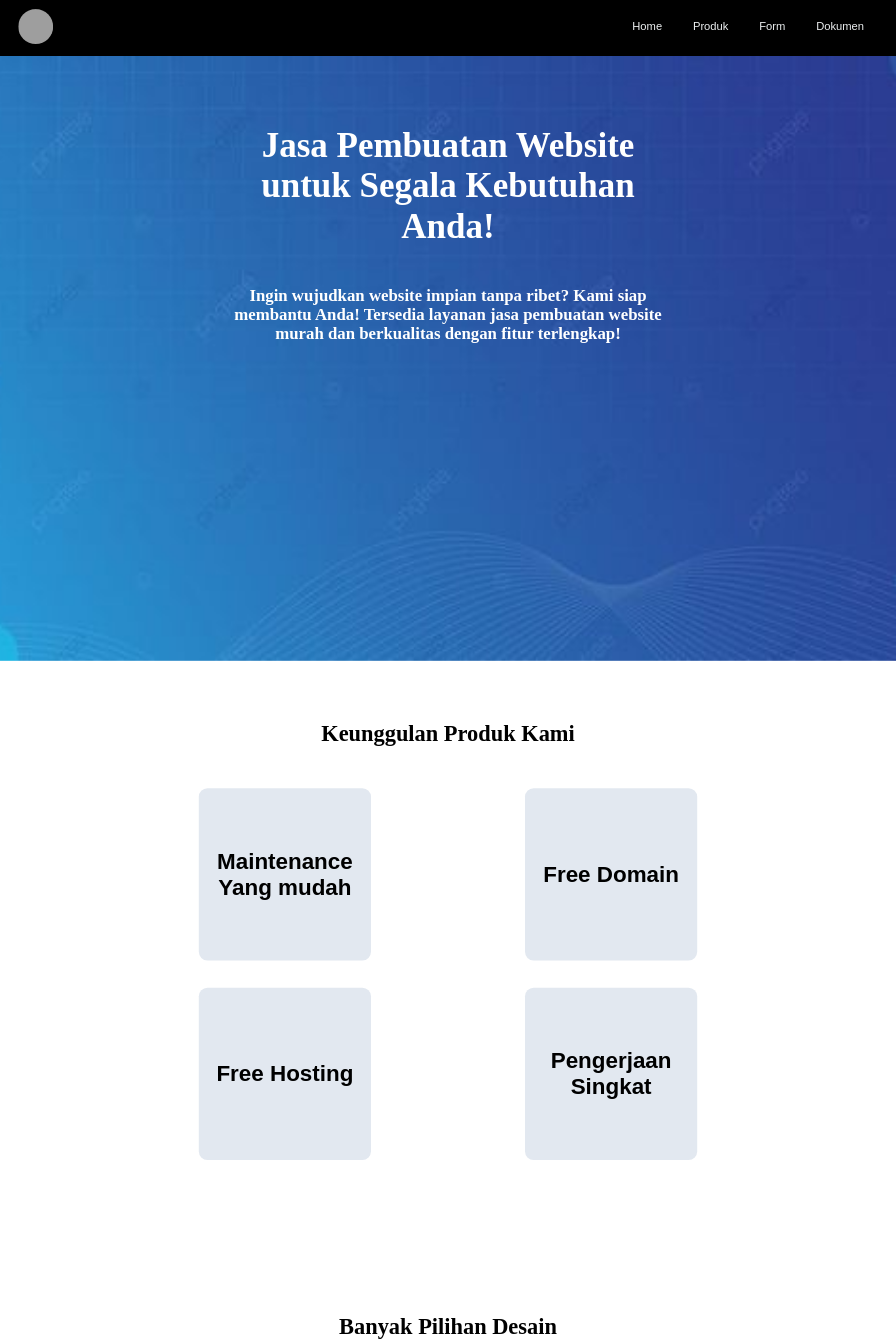
Repository: zecht12/TimModul
Page: TimModul.html
These files come from the project's save history. The page is drawn as it stood at one moment and after the next save; the edit follows.
The browser window is 1280 px wide. The pictures show the part of the page from y = 0 to 1920 px (the page is 3920 px tall), at 70% of full size.
Pictures or frames that could not be fetched are drawn as grey boxes.

Above is the page before, as saved 2023-04-25 19:23:04.

### TimModul.html
<!DOCTYPE html>
<html lang="en">
<head>
    <meta charset="UTF-8">
    <meta http-equiv="X-UA-Compatible" content="IE=edge">
    <meta name="viewport" content="width=device-width, initial-scale=1.0">
    <link rel="stylesheet" href="style.css">
    <script src="script.js"></script>
    <title>Jasa Coding</title>
</head>
<body>
    <div style="height: 80px; width: 100%; background-color: black;">
        <header>
            <img src="./assets/wallpaper.jpg" alt="Image" style="height: 50px; width: 50px; border-radius: 100%;" >
            <ul class="nav_links">
                <li><a href="#">Home</a></li>
                <li><a href="#">Produk</a></li>
                <li><a href="#">Form</a></li>
                <li><a href="#">Dokumen</a></li>
            </ul>
        </headers>
    </div>
    <div style="background-image: url(./assets/bg.jpg); background-size: cover; background-position: top; width: 100%; height: 120vh; background-repeat: no-repeat; background-position: center;">
        <div style="display: flex; justify-content: space-around; align-items: center; padding: 5%; width: auto; height: auto;">
            <div style="height: auto; width: 15%; display: flex; justify-content: center; align-items: center;">

            </div>
            <div style="height: auto; width: 70%;">
                <div style=" display: flex; justify-content: center; align-items: center;">
                    <h1 style="text-align: center; color: white; font-size: 50px; font-weight: 900; width: 80%;">Jasa Pembuatan Website untuk Segala Kebutuhan Anda!</h1>
                </div>
                <div style=" display: flex; justify-content: center; align-items: center;">
                    <p style="text-align: center; color: white; font-size: x-large; font-weight: 900; width: 80%;">Ingin wujudkan website impian tanpa ribet? Kami siap membantu Anda! Tersedia layanan jasa pembuatan website murah dan berkualitas dengan fitur terlengkap!</p>
                </div>
            </div>
            <div style="height: auto; width: 15%; display: flex; justify-content: center; align-items: center;">

            </div>
        </div>
    </div>
    <div style="width: 100%; height: 120vh;">
        <h1 style="text-align: center; padding-top: 5%;">Keunggulan Produk Kami</h1>
        <div class="produk3" id="produk3" >
            <a href="" style="padding: 2%; background-color: #E2E8F0; border-radius: 5%; height: 200px; width: 200px; display: grid; justify-items: center; align-items: center;">
                <h1 style="text-align: center; color: black;">Maintenance Yang mudah</h1>
            </a>
            <a href="" style="padding: 2%; background-color: #E2E8F0; border-radius: 5%; height: 200px; width: 200px; display: grid; justify-items: center; align-items: center;">
                <h1 style="text-align: center; color: black;">Free Domain</h1>
            </a>
        </div>
        <div class="produk3" id="produk3" >
            <a href="" style="padding: 2%; background-color: #E2E8F0; border-radius: 5%; height: 200px; width: 200px; display: grid; justify-items: center; align-items: center;">
                <h1 style="text-align: center; color: black;">Free Hosting</h1>
            </a>
            <a href="" style="padding: 2%; background-color: #E2E8F0; border-radius: 5%; height: 200px; width: 200px; display: grid; justify-items: center; align-items: center;">
                <h1 style="text-align: center; color: black;">Pengerjaan Singkat</h1>
            </a>
        </div>
    </div>
    <div style="width: 100%; height: 120vh; padding-top: 2%;">
        <h1 style="text-align: center; font-size: xx-large; font: bolder;">Banyak Pilihan Desain</h1>
        <p style="text-align: center; font: caption;">Pilih satu dari puluhan desain yang tersedia</p>
        <div class="produk" id="produk" >
            <a href="" style="padding: 2%; background-color: #E2E8F0; border-radius: 5%; display: flex; justify-items: center; align-items: center;">
                <img src="./assets/web.jpeg" alt="Image" style="height: 150px; width: 250px;" >
            </a>
            <a href="" style="padding: 2%; background-color: #E2E8F0; border-radius: 5%; display: flex; justify-items: center; align-items: center;">
                <img src="./assets/web1.jpeg" alt="Image" style="height: 150px; width: 250px;" >
            </a>
            <a href="" style="padding: 2%; background-color: #E2E8F0; border-radius: 5%; display: flex; justify-items: center; align-items: center;">
                <img src="./assets/web2.jpg" alt="Image" style="height: 150px; width: 250px;" >
            </a>
        </div>
        <div class="produk1" id="produk1" >
            <a href="" style="padding: 2%; background-color: #E2E8F0; border-radius: 5%; display: flex; justify-items: center; align-items: center;">
                <img src="./assets/web3.jpg" alt="Image" style="height: 150px; width: 250px;" >
            </a>
            <a href="" style="padding: 2%; background-color: #E2E8F0; border-radius: 5%; display: flex; justify-items: center; align-items: center;">
                <img src="./assets/web4.jpg" alt="Image" style="height: 150px; width: 250px;" >
            </a>
            <a href="" style="padding: 2%; background-color: #E2E8F0; border-radius: 5%; display: flex; justify-items: center; align-items: center;">
                <img src="./assets/web5.jpg" alt="Image" style="height: 150px; width: 250px;" >
            </a>
        </div>
        <div class="produk2" id="produk2" >
            <a href="" style="padding: 2%; background-color: #E2E8F0; border-radius: 5%; display: flex; justify-items: center; align-items: center;">
                <img src="./assets/web6.jpg" alt="Image" style="height: 150px; width: 250px;" >
            </a>
            <a href="" style="padding: 2%; background-color: #E2E8F0; border-radius: 5%; display: flex; justify-items: center; align-items: center;">
                <img src="./assets/web7.jpg" alt="Image" style="height: 150px; width: 250px;" >
            </a>
        </div>
        <h1 style="text-align: center; font-size: xx-large; font: bolder;">Harga Mulai:</h1>
        <p style="text-align: center; font: caption;">Rp 800.000 - Rp 2.000.000</p>
        <p style="text-align: center; font: caption;">Checkout dengan mengisi form dibawah</p>
    </div>
    <h1 style="margin-top: 22%; text-align: center;">Pesan Website Kami</h1>
    <div class="forms" id="forms" >
        <form style=" padding-bottom: 8%; padding-left: 8%; padding-right: 8%; padding-top: 4%;">
            <div class="Formnama">
                <label for="Nama" class="Labelnama">Nama anda</label><br>
                <input type="text" id="Nama" name="Nama" class="Nama">
            </div>

            <div class="Formemail">
                <label for="Email" class="Labelemail">Email yang dapat dihubungi</label>
                <input type="text" id="Email" name="Email" class="Email">
            </div>

            <p for="Pilihan" class="Pilihan">Jasa yang dapat anda pilih</p>
            <div style="padding-bottom: 5%;">
                <input type="radio" id="FrontEnd" name="fav_language" value="FrontEnd">
                <label for="FrontEnd">FrontEnd Web</label>

                <input type="radio" id="BackEnd" name="fav_language" value="BackEnd">
                <label for="BackEnd">BackEnd Web</label>

                <input type="radio" id="FullStack" name="fav_language" value="FullStack">
                <label for="FullStack">FullStack Web</label><br>
            </div>

            <div>
                <p style="color: black; font-weight: bold; padding-bottom: 1%;">Keterangan Secara lengkap</p>
                <textarea></textarea>
            </div>

            <div style="display: flex; justify-content: center; align-items: center;">
                <input type="submit" value="Submit" class="Button">
            </div>
        </form>
    </div>
    <div style="display: flex; justify-content: center; align-items: center; width: 100%;">
        <table style="width: 80%; height: auto; border-collapse: collapse;">
            <tr>
                <th>Nama lengkap</th>
                <th>Email</th>
                <th>Jasa yang dipilih</th>
                <th>Keterangan Secara lengkap</th>
            </tr>
            <tr>
                <td></td>
                <td></td>
                <td></td>
                <td></td>
            </tr>
        </table>
    </div>
    <div style="height: 50px; width: 100%; background-color: black; justify-content: center; align-items: center;">
        <p style="color: white; text-align: center; padding-top: 20px;">&copy;2023 Tim Modul, Inc. All Rights Reserved</p>
    </div>
</body>
</html>

### style.css
body{
    height: auto;
    width: 100%;
    margin: auto;
    padding: auto;
}
header{
    display: flex;
    align-items: center;
    justify-content: space-between;
    padding-left: 2%;
    padding-right: 2%;
    padding-top: 1%;
}
li,a, button{
    font-family: "Montserrat", sans-serif;
    font-size: 16px;
    color: #edf0f1;
    text-decoration: none;
}
.produk{
    padding-left: 5%;
    padding-right: 5%;
    padding-top: 3%;
    display: flex;
    justify-content: space-around;
    align-items: center;
}
.produk1{
    padding-left: 5%;
    padding-right: 5%;
    padding-top: 3%;
    display: flex;
    justify-content: space-around;
    align-items: center;
}
.produk2{
    padding-left: 5%;
    padding-right: 5%;
    padding-top: 3%;
    display: flex;
    justify-content: space-evenly;
    align-items: center;
}
.produk3{
    padding-left: 5%;
    padding-right: 5%;
    padding-top: 3%;
    display: flex;
    justify-content: space-evenly;
    align-items: center;
}
.produk a:hover{
    transform: scale(110%);
}
.produk1 a:hover{
    transform: scale(110%);
}
.produk2 a:hover{
    transform: scale(110%);
}
.nav_links{
    list-style: none;
}
.nav_links li{
    display: inline-block;
    padding: 0px 20px;
}
.nav_links li a:hover{
    color: #0088a9;
}
.forms{
    height: auto;
    width: 100%;
    display: flex;
    justify-content: center;
    align-items: flex-start;
    padding-top: 1%;
    padding-bottom: 5%;
}
th{
    height: 30px;
    text-align: center;
    color: black;
    font: bold;
    border-style:solid;
    border-color: black;
    padding: 1%;
}
td{
    padding: 1%;
    height: 50px;
    text-align: center;
    color: black;
    border-style:solid;
    border-color: black;
}
label {
    color: black;
    font-weight: bold;
    width: 130px;
}
.Button {
    padding: 10px;
    border: 1px solid black;
    background-color:aliceblue;
    border-radius: 5px;
    font: inherit;
    cursor: pointer;
}
.Button:hover{
    border: 1px solid #0088a9;
    background-color:#0088a9;
    cursor: pointer;
}
.Pilihan{
    margin: auto;
    padding-top: 3%;
    padding-bottom: 20px;
    font-weight: bold;
    color: black;
}
.Nama{
    width: 100%;
    height: 20px;
    margin-top: 2%;
}
.Email{
    width: 100%;
    height: 20px;
    margin-top: 2%;
}
.Formemail{
    padding-top: 5%;
}
textarea{
    width: 100%;
    height: 100px;
    margin-bottom: 5%;
}

Loaded but not shown: script.js (no copy from this time; the picture is the same without it)

After the next save:
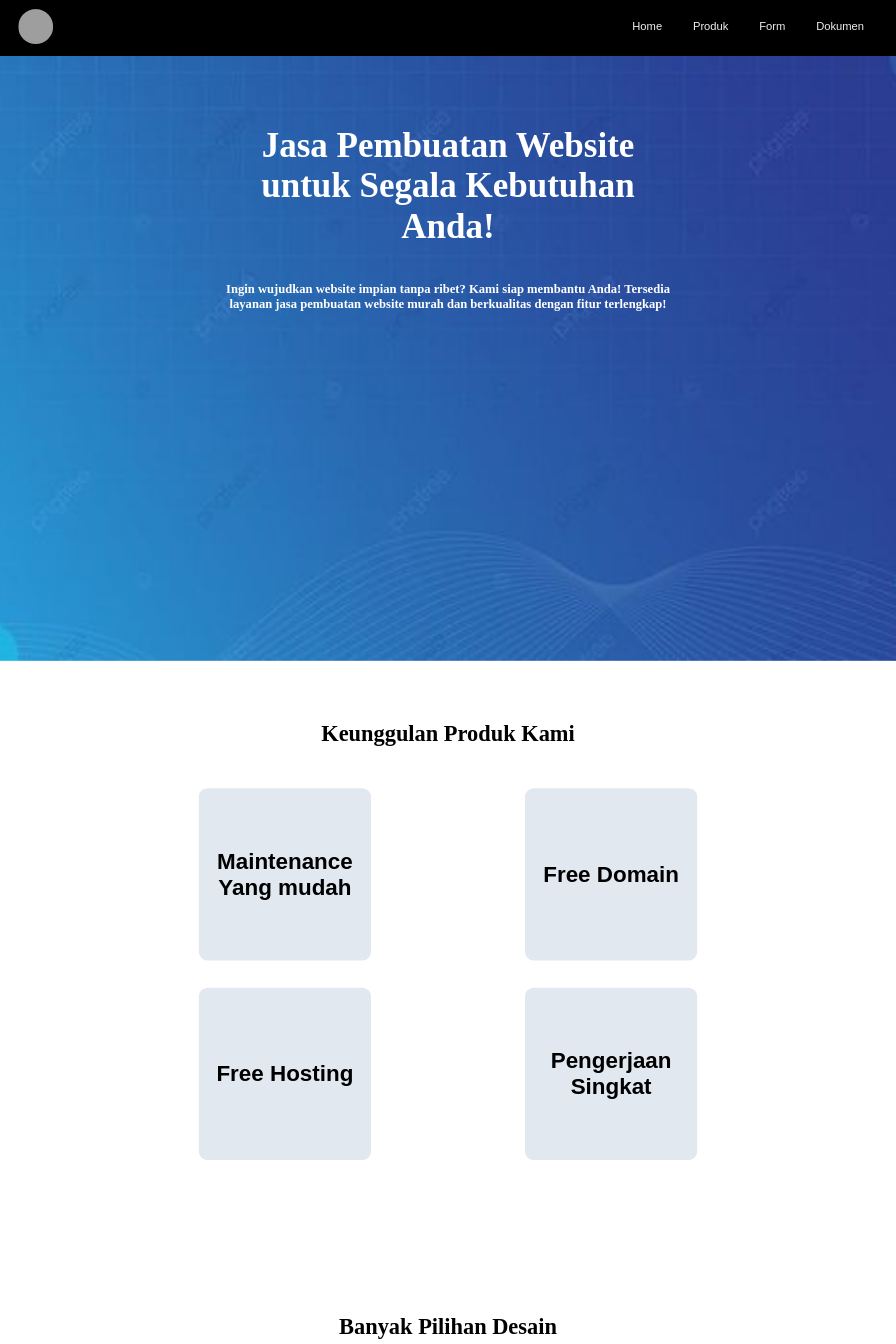
Saved 7 s later.
--- a/TimModul.html
+++ b/TimModul.html
@@ -30,7 +30,7 @@
                     <h1 style="text-align: center; color: white; font-size: 50px; font-weight: 900; width: 80%;">Jasa Pembuatan Website untuk Segala Kebutuhan Anda!</h1>
                 </div>
                 <div style=" display: flex; justify-content: center; align-items: center;">
-                    <p style="text-align: center; color: white; font-size: x-large; font-weight: 900; width: 80%;">Ingin wujudkan website impian tanpa ribet? Kami siap membantu Anda! Tersedia layanan jasa pembuatan website murah dan berkualitas dengan fitur terlengkap!</p>
+                    <p style="text-align: center; color: white; font-size: large; font-weight: 900; width: 80%;">Ingin wujudkan website impian tanpa ribet? Kami siap membantu Anda! Tersedia layanan jasa pembuatan website murah dan berkualitas dengan fitur terlengkap!</p>
                 </div>
             </div>
             <div style="height: auto; width: 15%; display: flex; justify-content: center; align-items: center;">
